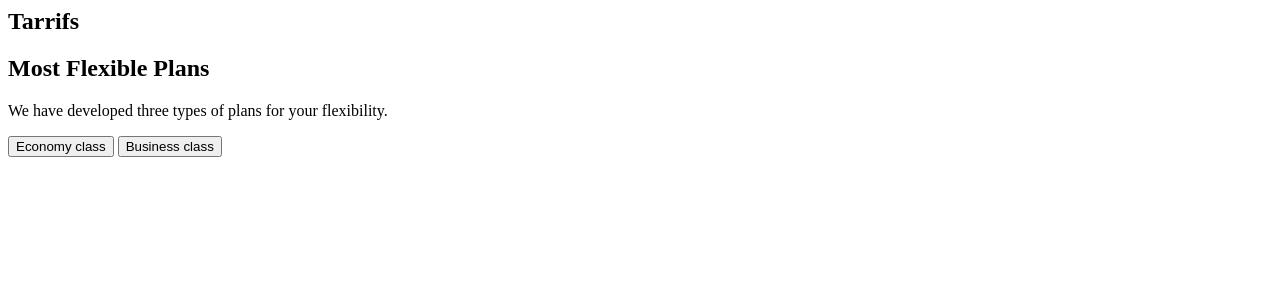
Repository: sanyathecreator/udrive-carsharing
Page: index.tarrifs.partial.html
An editor plug-in stored every save of this project. The page is shown before and after the next save, followed by the edit.
The browser window is 1280 px wide. The pictures show the whole page.

Above is the page before, as saved 2025-09-11 00:09:24.

### index.tarrifs.partial.html
<section class="tarrifs">
    <div class="plans__payments container">
      <h1 class ="plans__payments-title">Tarrifs</h1>
      <h2 class="plans__payments-subtitle">Most Flexible Plans</h2>
      <p class="plans__payments-text">We have developed three types of plans for your flexibility.</p>
    </div>

    <div class="tabs" role="tablist" aria-label="Tarrifs">
      <button class="tab is active" data-tab="economy" role = "tab">Economy class</button>
        <button class="tab" data-tab="business" role = "tab">Business class</button>

After the next save:
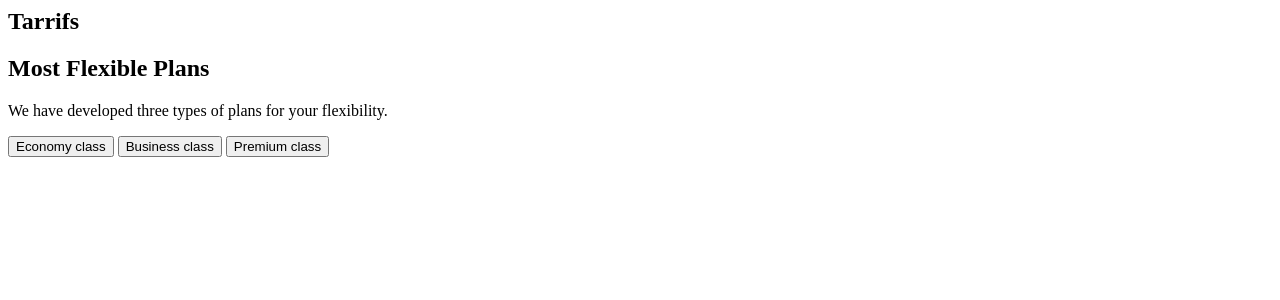
Saved 4 s later.
--- a/index.tarrifs.partial.html
+++ b/index.tarrifs.partial.html
@@ -8,3 +8,4 @@
     <div class="tabs" role="tablist" aria-label="Tarrifs">
       <button class="tab is active" data-tab="economy" role = "tab">Economy class</button>
         <button class="tab" data-tab="business" role = "tab">Business class</button>
+        <button class="tab" data-tab="premium" role = "tab">Premium class</button>
